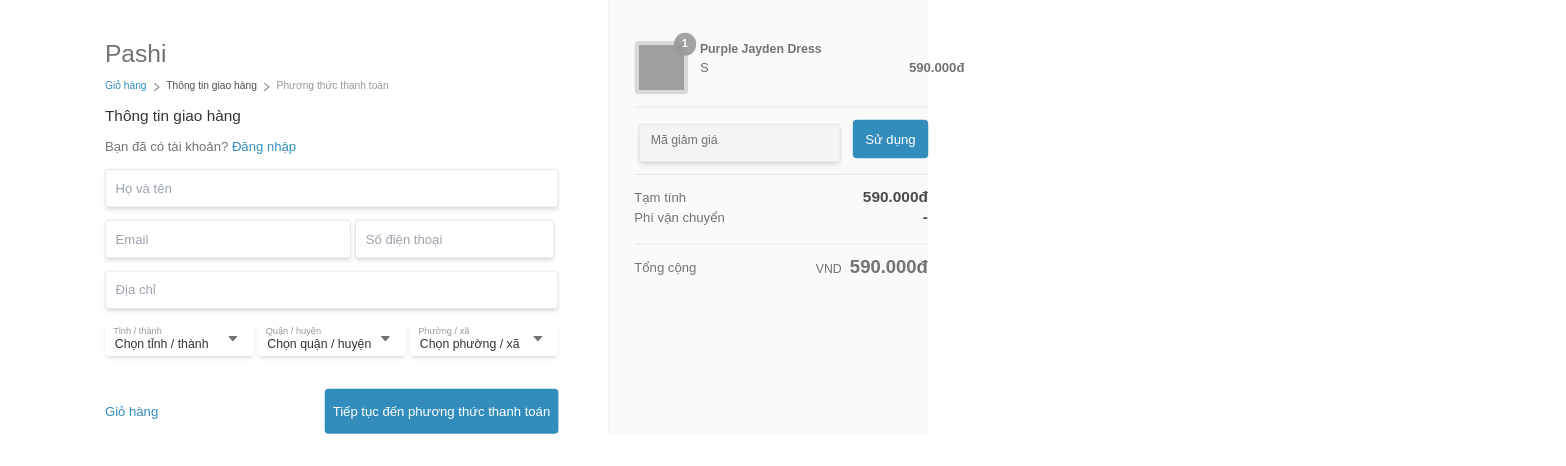
Repository: levinhky/pashi
Page: /checkout/information
The author's editor kept a copy of each file at every save. The page is drawn from the files as they stood at one save, then again after the next save.
The browser window is 1280 px wide. The page is 1910 px wide, so the pictures cover 1910 px, including what lies to the right of the window. The pictures show the whole page, at 82% of full size.
Pictures or frames that could not be fetched are drawn as grey boxes. The project was rebuilt for these pictures with package versions that can differ from the ones it lists, and the page was loaded fresh each time. Also part of the build but not shown: src/components/Home/Home.module.css, src/configs/api.js, src/components/Loading/Loading.module.css, src/components/Loading/Loading.jsx, src/components/Partner/Partner.module.css, src/components/Partner/Partner.jsx, src/components/Home/Home.jsx, src/components/ProductList/ProductList.module.css and 18 more.

Above is the page before, as saved 2022-10-07 16:09:31.

After the next save:
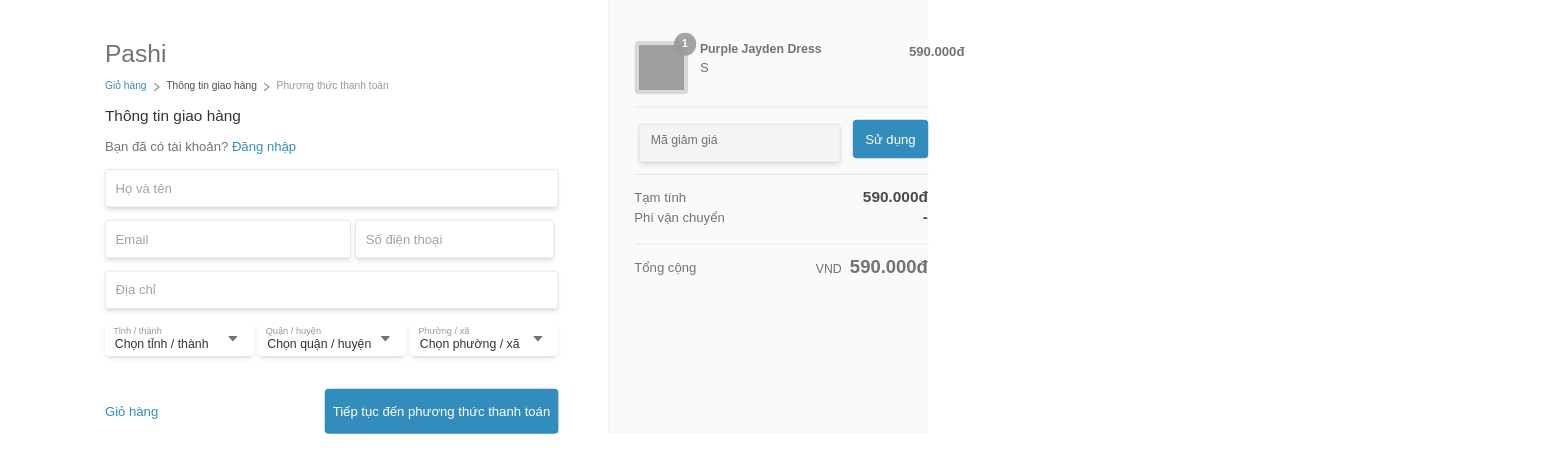
Saved 81 s later.
--- a/src/pages/CheckoutPage/CheckoutPage.jsx
+++ b/src/pages/CheckoutPage/CheckoutPage.jsx
@@ -32,7 +32,7 @@ const CheckoutPage = ({ children }) => {
               <span className="text-2xl font-bold">Purple Jayden Dress</span>
               <span>S</span>
             </div>
-            <div className="right-0 flex items-center price">
+            <div className=" price">
               <span className="font-semibold text-">590.000đ</span>
             </div>
           </div>
